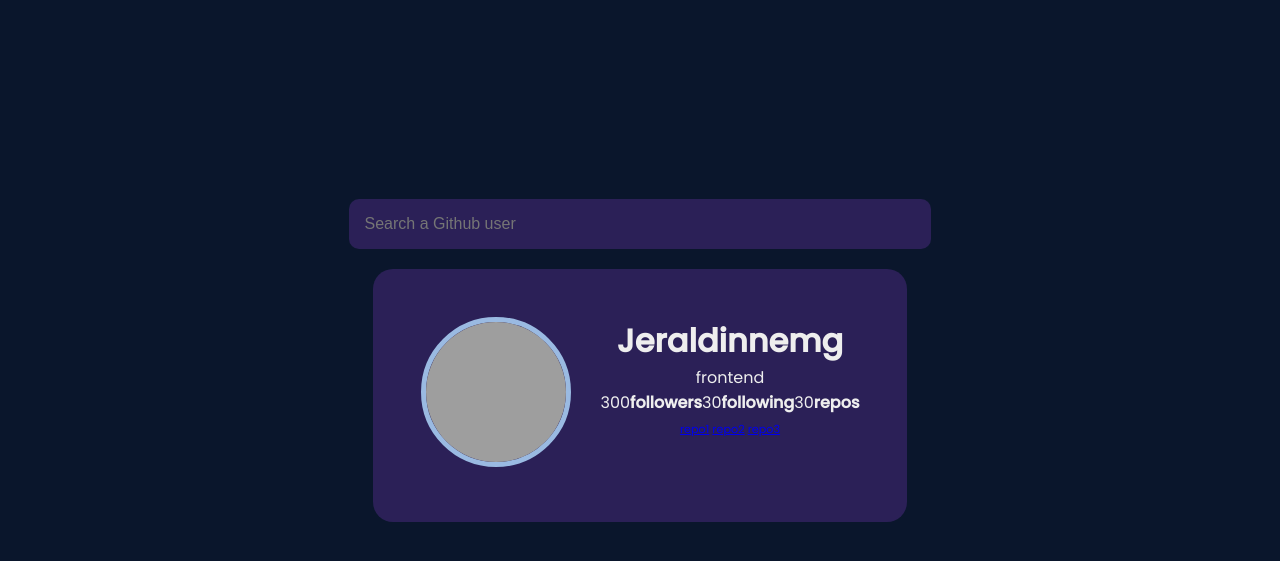
Repository: jeraldinnemg/githubprofile
Page: index.html
These files come from the project's save history. The page is drawn as it stood at one moment and after the next save; the edit follows.
The browser window is 1280 px wide. The pictures show the whole page.
Pictures or frames that could not be fetched are drawn as grey boxes.

Above is the page before, as saved 2022-09-16 23:49:29.

After the next save:
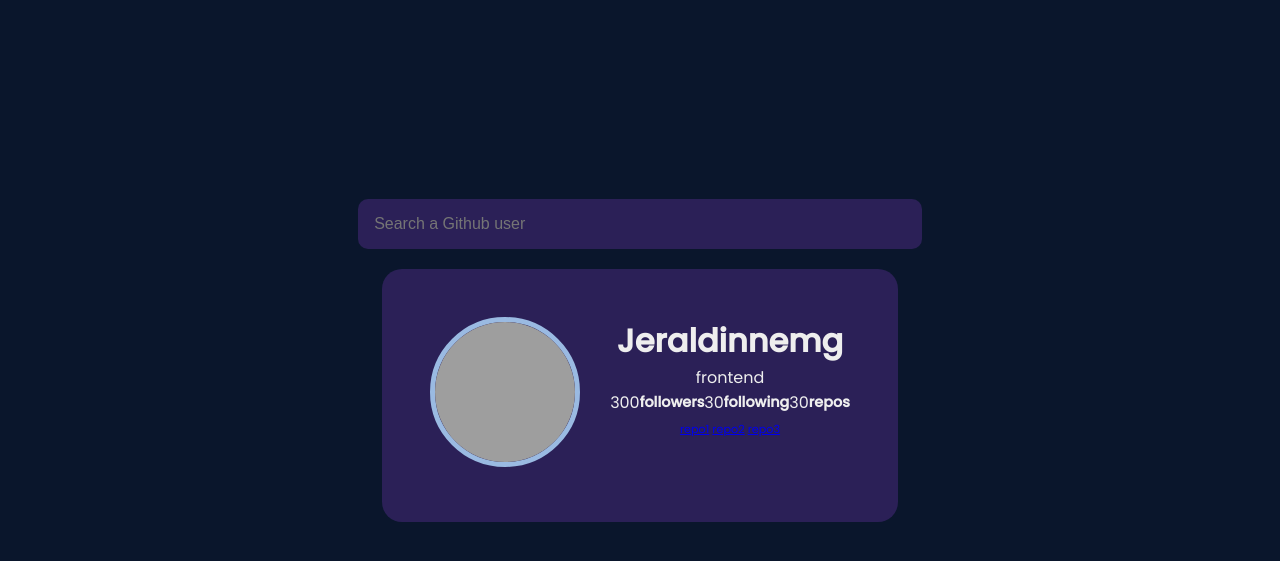
Saved 34 s later.
--- a/style.css
+++ b/style.css
@@ -98,8 +98,10 @@ img {
     align-items: center;
 }
 
-
-
+.profile-content ul li strong {
+    font-size: 0.9rem;
+    margin-left: 0.5;
+}
 .user-repos{
     display: inline-block;
     text-decoration: none;
